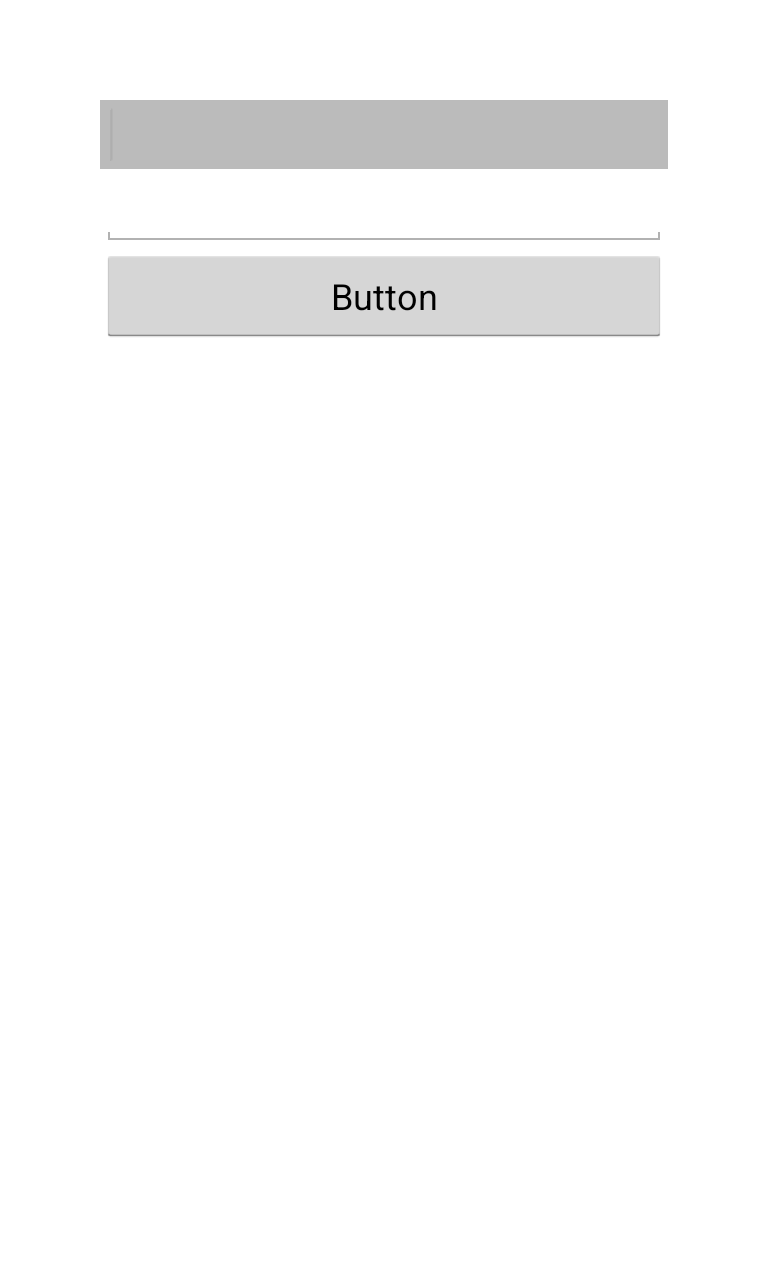
Repository: christianchi/di
Layout: 09 Drawable/UsoDrawNinePatch/res/layout/activity_main.xml
These files come from the project's save history. The layout is drawn as it stood at one moment and after the next save; the edit follows.
It is drawn on a 768 x 1280 px phone screen (xhdpi) without system bars, with theme AppTheme; the app's code is not run.

Above is the layout before, as saved 2014-01-16 08:43:46.

After the next save:
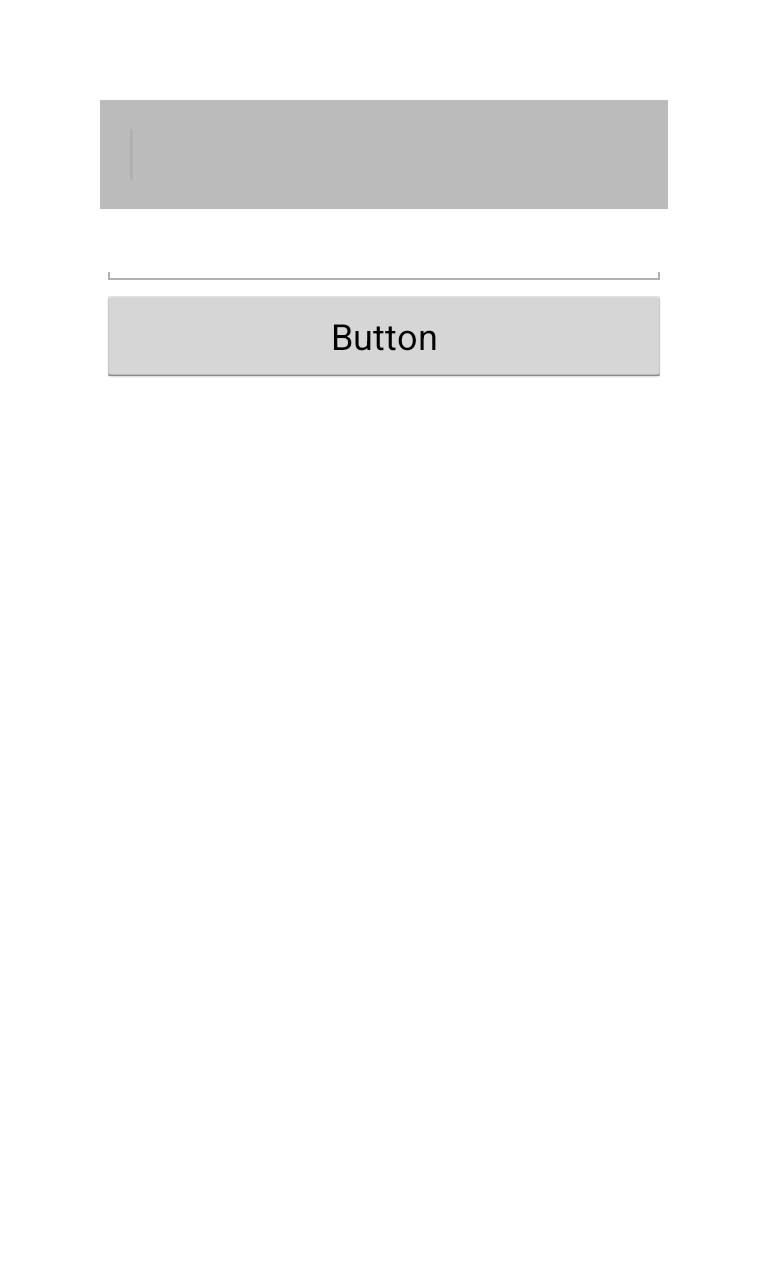
Saved 4 s later.
--- a/09 Drawable/UsoDrawNinePatch/res/layout/activity_main.xml
+++ b/09 Drawable/UsoDrawNinePatch/res/layout/activity_main.xml
@@ -10,7 +10,7 @@
         android:layout_width="match_parent"
         android:layout_height="wrap_content"
         android:ems="10"
-        android:padding="5dp"
+        android:padding="15dp"
         android:background="#bbb" >
 
         <requestFocus />
